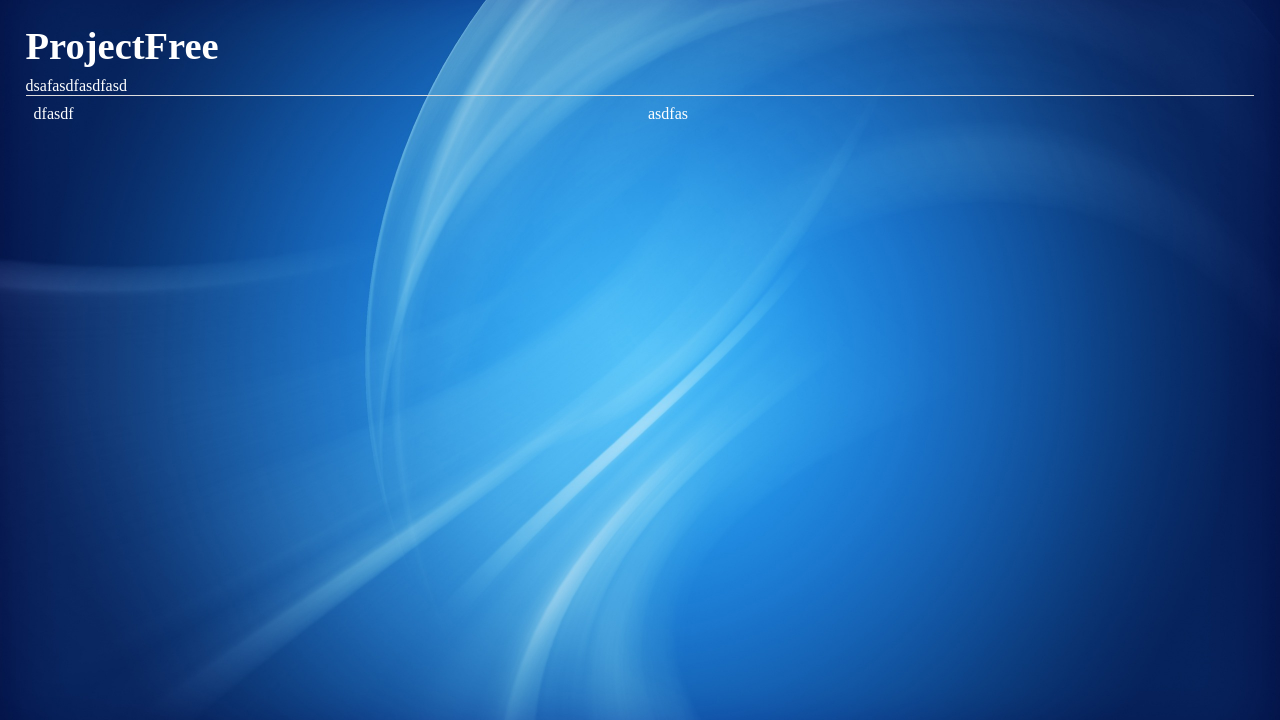
Repository: BrunoRB/ProjetoBanco
Page: http://localhost/templates/header.php
An editor plug-in stored every save of this project. The page is shown before and after the next save, followed by the edit.
The browser window is 1280 px wide. The pictures show the whole page.
The page is run by PHP 8.4 with error messages shown; the project is at /var/www/html/.

Above is the page before, as saved 2013-06-14 02:19:34.

After the next save:
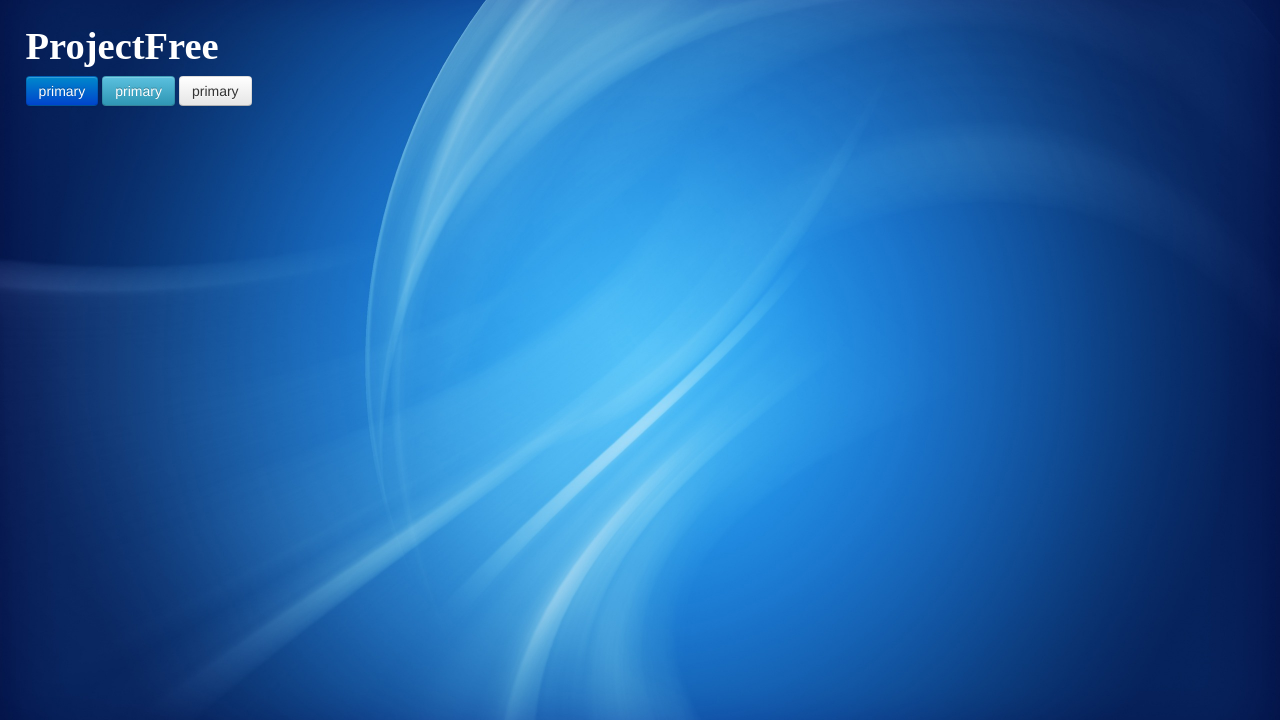
Saved 11 s later.
--- a/codigo/ProjectFree/templates/header.php
+++ b/codigo/ProjectFree/templates/header.php
@@ -20,11 +20,6 @@
 
 		</header>
 
-
-
-		<table class="table">
-			<tr>dsaf</tr>
-			<tr>asdfasdfasd</tr>
-			<td>dfasdf</td>
-			<td>asdfas</td>
-		</table>
+<button type="button" class="btn btn-primary">primary</button>
+		<button type="button" class="btn btn-info">primary</button>
+		<button type="button" class="btn btn-sucess">primary</button>
